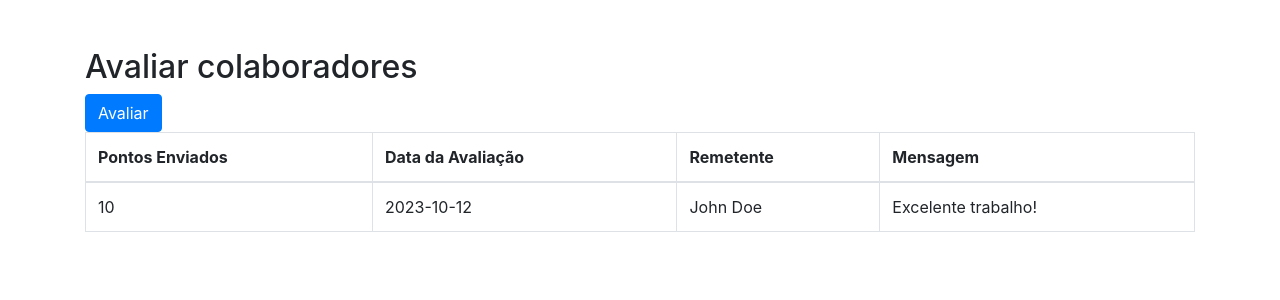
Repository: mumuryllo/ProjetoZupPointsCatalisa5
Page: ZuPointsCatalisa5 Front-End/avaliar_colaboradores.html
The author's editor kept a copy of each file at every save. The page is drawn from the files as they stood at one save, then again after the next save.
The browser window is 1280 px wide. The pictures show the whole page.
The page's requests for data from a server got no answer.

Above is the page before, as saved 2023-10-12 16:47:16.

### ZuPointsCatalisa5 Front-End/avaliar_colaboradores.html
<!DOCTYPE html>
<html lang="en">
<head>
    <meta charset="UTF-8">
    <meta name="viewport" content="width=device-width, initial-scale=1.0">
    <title>Avaliação de Colaboradores</title>
    <link rel="stylesheet" href="https://maxcdn.bootstrapcdn.com/bootstrap/4.5.2/css/bootstrap.min.css">
</head>
<body>

    <div class="container mt-5">
        <h2>Avaliar colaboradores</h2>
        <button type="button" class="btn btn-primary" data-toggle="modal" data-target="#myModal">Avaliar</button>

        <div class="table-responsive">
            <table class="table table-bordered">
                <thead>
                    <tr>
                        <th>Pontos Enviados</th>
                        <th>Data da Avaliação</th>
                        <th>Remetente</th>
                        <th>Mensagem</th>
                    </tr>
                </thead>
                <tbody>
                    <!-- Inclua aqui suas linhas de dados -->
                    <tr>
                        <td>10</td>
                        <td>2023-10-12</td>
                        <td>John Doe</td>
                        <td>Excelente trabalho!</td>
                    </tr>
                </tbody>
            </table>
        </div>

        <!-- Modal -->
        <div class="modal fade" id="myModal">
            <div class="modal-dialog modal-dialog-centered">
                <div class="modal-content">
                    <!-- Modal Header -->
                    <div class="modal-header">
                        <h4 class="modal-title">Avaliar colaborador</h4>
                        <button type="button" class="close" data-dismiss="modal">&times;</button>
                    </div>
                    <!-- Modal body -->
                    <div class="modal-body">
                        <form>
                            <div class="form-group">
                                <label for="pontos">Quantidade de pontos:</label>
                                <input type="number" class="form-control" id="pontos">
                            </div>
                            <div class="form-group">
                                <label for="destinatarioEmail">Destinatário Email:</label>
                                <input type="email" class="form-control" id="destinatarioEmail">
                            </div>
                            <div class="form-group">
                                <label for="mensagem">Mensagem:</label>
                                <textarea class="form-control" id="mensagem" rows="4"></textarea>
                            </div>
                            <button type="submit" class="btn btn-primary">Enviar</button>
                        </form>
                    </div>
                </div>
            </div>
        </div>
    </div>

    <script src="./js/AvaliarColaborador.js"></script>
</body>
</html>

### ZuPointsCatalisa5 Front-End/js/AvaliarColaborador.js
function enviarAvaliacao() {
    const qtdPontos = document.getElementById("pontos").value;
    const destinatarioEmail = document.getElementById("destinatarioEmail").value;
    const mensagem = document.getElementById("mensagem").value;

    const data = {
        qtdPontos,
        destinatarioEmail,
        mensagem
    };

    const url = "http://localhost:8080/avaliacoes";
    const token = localStorage.getItem('token');

    const requestOptions = {
        method: "POST",
        headers: {
            "Authorization": `Bearer ${token}`,
            "Content-Type": "application/json"
        },
        body: JSON.stringify(data)
    };

    fetch(url, requestOptions)
        .then(response => {
            if (response.ok) {
                return response.json();
            } else {
                throw  Error("Erro na requisição.");
            }
        })
        .then(data => {
            alert("Avaliação enviada")
            window.location.href='colaborador.html';
            console.log("Requisição bem-sucedida: ", data);
        })
        .catch(error => {
            console.error("Erro: ", error);
        });
}

document.querySelector("form").addEventListener("submit", function (e) {
    e.preventDefault();
    enviarAvaliacao();
});

function listarAvaliacoes() {
    const url = "http://localhost:8080/avaliacoes"; // URL da requisição GET

    // Substitua o token apropriado ou adicione cabeçalhos necessários
    const token = localStorage.getItem('token');
    const requestOptions = {
        method: "GET",
        headers: {
            "Authorization": `Bearer ${token}`,
        },
    };

    fetch(url, requestOptions)
        .then(response => {
            if (response.ok) {
                return response.json();
            } else {
                throw new Error("Erro na requisição GET.");
            }
        })
        .then(data => {
            // Manipule os dados obtidos da resposta aqui
            console.log("Avaliações listadas com sucesso: ", data);

            // Supondo que você tenha uma tabela com ID "tabelaAvaliacoes" para exibir os resultados
            const tabela = document.getElementById("tabelaAvaliacoes");
            tabela.innerHTML = ''; // Limpe a tabela antes de inserir os novos dados

            data.forEach(avaliacao => {
                const newRow = tabela.insertRow();
                newRow.innerHTML = `
                    <td>${avaliacao.qtdPontos}</td>
                    <td>${avaliacao.dataDaAvaliacao}</td>
                    <td>${avaliacao.remetenteEmail}</td>
                    <td>${avaliacao.mensagem}</td>
                `;
            });
        })
        .catch(error => {
            console.error("Erro na listagem de avaliações: ", error);
        });
}

// Chame a função listarAvaliacoes ao carregar a página ou quando for apropriado
listarAvaliacoes();

After the next save:
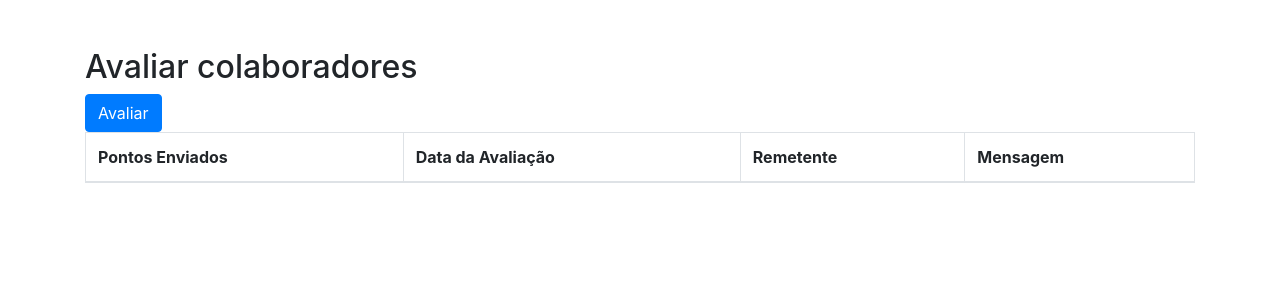
Saved 35 s later.
--- a/ZuPointsCatalisa5 Front-End/avaliar_colaboradores.html
+++ b/ZuPointsCatalisa5 Front-End/avaliar_colaboradores.html
@@ -25,10 +25,7 @@
                 <tbody>
                     <!-- Inclua aqui suas linhas de dados -->
                     <tr>
-                        <td>10</td>
-                        <td>2023-10-12</td>
-                        <td>John Doe</td>
-                        <td>Excelente trabalho!</td>
+
                     </tr>
                 </tbody>
             </table>

After the 2 saves that followed:
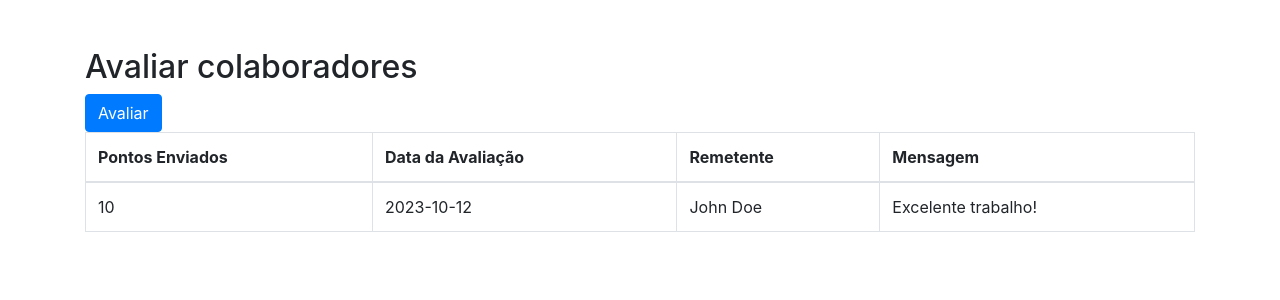
The 2 saves are shown as one change because 1 left the picture as it was.
The last was saved 2 min 23 s later.
--- a/ZuPointsCatalisa5 Front-End/avaliar_colaboradores.html
+++ b/ZuPointsCatalisa5 Front-End/avaliar_colaboradores.html
@@ -25,7 +25,10 @@
                 <tbody>
                     <!-- Inclua aqui suas linhas de dados -->
                     <tr>
-
+                        <td>10</td>
+                        <td>2023-10-12</td>
+                        <td>John Doe</td>
+                        <td>Excelente trabalho!</td>
                     </tr>
                 </tbody>
             </table>
